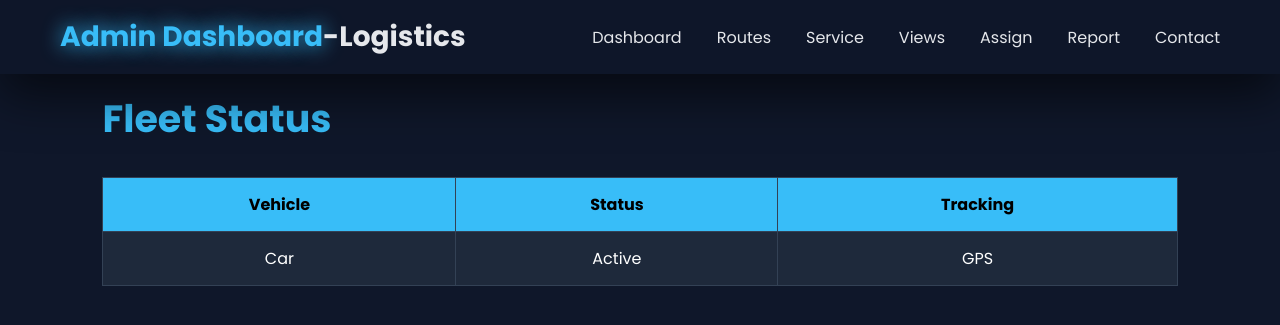
Repository: Pintu-6545/Java_Programming
Page: http://localhost/GreenFleetApplication/view-drivers.jsp
The author's editor kept a copy of each file at every save. The page is drawn from the files as they stood at one save, then again after the next save.
The browser window is 1280 px wide. The pictures show the whole page.
The page is served by Tomcat 10. Other server files are loaded and not shown.

Above is the page before, as saved 2025-12-24 18:40:59.

### Assessement/GreenFeetApp1/GreenFleetApplication/src/main/webapp/view-drivers.jsp
<%@ page language="java" contentType="text/html; charset=UTF-8"
    pageEncoding="UTF-8"%>
<%@include file="header.jsp" %>
<!DOCTYPE html>
<html>
<head>
<meta charset="UTF-8">
<title>Display Drivers Data</title>
</head>
<body>
<section class="section">
		<h2>Fleet Status</h2>
		<table>
			<tr>
				<th>Vehicle</th>
				<th>Status</th>
				<th>Tracking</th>
			</tr>
			<tr>
				<td>Car</td>
				<td>Active</td>
				<td>GPS</td>
			</tr>
		</table>
	</section>
</body>
</html>

### Assessement/GreenFeetApp1/GreenFleetApplication/src/main/webapp/header.jsp
<%@ page language="java" contentType="text/html; charset=UTF-8"
    pageEncoding="UTF-8"%>
<!DOCTYPE html>
<html>
<head>
<meta charset="UTF-8">
<title>Ultra AI Logistics</title>
<meta name="viewport" content="width=device-width, initial-scale=1.0">

<!-- FONT & ICONS -->
<link
	href="https://fonts.googleapis.com/css2?family=Poppins:wght@300;400;600;700&display=swap"
	rel="stylesheet">
<link rel="stylesheet"
	href="https://cdnjs.cloudflare.com/ajax/libs/font-awesome/6.5.1/css/all.min.css">

<link rel="stylesheet" href="css/index.css">
</head>
<body>
<!-- ================= NAVBAR ================= -->
	<nav class="navbar">
		<div class="logo">
			<span>Admin Dashboard</span>-Logistics
		</div>

		<div class="menu-toggle" id="menuToggle">
			<span></span><span></span><span></span>
		</div>

		<ul class="menu" id="menu">
			<li class="menu-item"><a href="admin-index.jsp">Dashboard</a></li>

			<li class="menu-item"><a href="#">Routes</a>
				<ul class="dropdown">
					<li><a href="#">Add Route</a></li>
					<li><a href="#">View Route </a></li>
				</ul></li>
			<li class="menu-item"><a href="#">Service</a>
				<ul class="dropdown">
					<li><a href="add-driver.jsp">Add Driver</a></li>
					<li><a href="#">Add Vehicle</a></li>
					<li><a href="#">Add Vehicle Feul</a></li>
					<li><a href="#">Add Maintanance</a></li>
				</ul></li>


			<li class="menu-item"><a href="#">Views</a>
				<ul class="dropdown">
					<li><a href="view-drivers.jsp">View Drivers</a></li>
					<li><a href="#">View Vehicles</a></li>
					<li><a href="#">View Feuls</a></li>
				</ul></li>
				<li class="menu-item"><a href="#">Assign</a>
				<ul class="dropdown">
					<li><a href="#"> Add Vehicle-Driver</a></li>
					<li><a href="#">View Vehicles-Driver</a></li>

				</ul></li>
			<li class="menu-item"><a href="#">Report</a>
				<ul class="dropdown">
					<li><a href="#">Incident Report</a></li>
					<li><a href="#">Other Report</a></li>
				</ul></li>
			<li class="menu-item"><a href="#">Contact</a>
				<ul class="dropdown">
					<li><a href="#">Support</a></li>
					<li><a href="#">Email</a></li>
				</ul></li>
		</ul>
	</nav>

</body>
</html>

### Assessement/GreenFeetApp1/GreenFleetApplication/src/main/webapp/css/index.css
/* ================= GLOBAL ================= */
*{
    margin:0;
    padding:0;
    box-sizing:border-box;
    font-family:Poppins,sans-serif;
}
body{
    background:#0f172a;
    color:#fff;
}

/* ================= ROOT ================= */
:root{
    --bg:#020617;
    --glass:rgba(15,23,42,.85);
    --primary:#38bdf8;
    --secondary:#22d3ee;
    --text:#e5e7eb;
}

/* ================= NAVBAR ================= */
.navbar{
    position:fixed;
    top:0;
    width:100%;
    padding:16px 60px;
    background:var(--glass);
    backdrop-filter:blur(18px);
    display:flex;
    justify-content:space-between;
    align-items:center;
    z-index:1000;
    box-shadow:0 20px 50px rgba(0,0,0,.6);
}

/* ================= LOGO ================= */
.logo{
    font-size:28px;
    font-weight:800;
    color:var(--text);
}
.logo span{
    color:var(--primary);
    text-shadow:0 0 20px var(--primary);
}

/* ================= MENU ================= */
.menu{
    display:flex;
    gap:35px;
    list-style:none;
}
.menu-item{
    position:relative;
}
.menu-item > a{
    color:var(--text);
    text-decoration:none;
    font-size:16px;
    padding:10px 0;
    position:relative;
}

/* underline animation */
.menu-item > a::after{
    content:"";
    position:absolute;
    bottom:-6px;
    left:0;
    width:0;
    height:3px;
    background:linear-gradient(90deg,var(--primary),var(--secondary));
    transition:.4s;
    border-radius:10px;
}
.menu-item > a:hover::after{
    width:100%;
}

/* ================= DROPDOWN ================= */
.dropdown{
    position:absolute;
    top:55px;
    left:0;
    background:linear-gradient(180deg,#020617,#020617);
    border-radius:18px;
    min-width:210px;
    padding:10px;
    opacity:0;
    visibility:hidden;
    transform:rotateX(-15deg) translateY(15px);
    transform-origin:top;
    transition:.45s cubic-bezier(.2,.8,.2,1);
    box-shadow:0 25px 80px rgba(56,189,248,.25);
}

.dropdown li{
    list-style:none;
}

.dropdown a{
    display:block;
    padding:14px 18px;
    border-radius:12px;
    color:#cbd5f5;
    text-decoration:none;
    transition:.3s;
}
.dropdown a:hover{
    background:linear-gradient(135deg,var(--primary),var(--secondary));
    color:#020617;
    transform:translateX(6px);
}

/* hover open */
.menu-item:hover .dropdown{
    opacity:1;
    visibility:visible;
    transform:rotateX(0) translateY(0);
}

/* ================= MOBILE ================= */
.menu-toggle{
    display:none;
    flex-direction:column;
    gap:6px;
    cursor:pointer;
}
.menu-toggle span{
    width:28px;
    height:3px;
    background:var(--primary);
    border-radius:10px;
}

/* ================= RESPONSIVE ================= */
@media(max-width:900px){
    .menu-toggle{display:flex;}
    .menu{
        position:absolute;
        top:75px;
        right:30px;
        background:#020617;
        flex-direction:column;
        width:260px;
        border-radius:20px;
        padding:20px;
        opacity:0;
        pointer-events:none;
        transform:scale(.9);
        transition:.4s;
    }
    .menu.active{
        opacity:1;
        pointer-events:auto;
        transform:scale(1);
    }
    .dropdown{
        position:static;
        transform:none;
        opacity:1;
        visibility:visible;
        box-shadow:none;
    }
}

/* ================= CAROUSEL ================= */
.carousel{
    height:100vh;
    margin-top:80px;
    position:relative;
    overflow:hidden;
}
.slide{
    position:absolute;
    inset:0;
    background-size:cover;
    background-position:center;
    opacity:0;
    transition:opacity 1.2s;
}
.slide.active{opacity:1;}
.overlay{
    position:absolute;
    inset:0;
    background:linear-gradient(to right,rgba(0,0,0,.75),rgba(0,0,0,.3));
}
.content{
    position:absolute;
    top:50%;
    left:8%;
    transform:translateY(-50%);
    max-width:600px;
}
.content h1{
    font-size:48px;
}
.content p{
    margin:15px 0 25px;
    color:#e2e8f0;
}
.btn{
    padding:14px 30px;
    border-radius:30px;
    border:none;
    background:linear-gradient(45deg,#38bdf8,#0ea5e9);
    cursor:pointer;
}

/* ================= SECTIONS ================= */
.section{
    padding:90px 8%;
}
.section h2{
    font-size:38px;
    color:#38bdf8;
}
.section p{
    max-width:850px;
    color:#cbd5f5;
}

/* ================= CARDS ================= */
.card-grid{
    display:grid;
    grid-template-columns:repeat(auto-fit,minmax(250px,1fr));
    gap:25px;
    margin-top:40px;
}
.card{
    background:#1e293b;
    border-radius:15px;
    overflow:hidden;
    transition:.4s;
}
.card:hover{
    transform:translateY(-8px);
}
.card img{
    width:100%;
    height:200px;
    object-fit:cover;
}
.card h3{
    padding:15px;
    color:#38bdf8;
}
.card p{
    padding:0 15px 20px;
    font-size:14px;
}

/* ================= TABLE ================= */
table{
    width:100%;
    border-collapse:collapse;
    margin-top:30px;
}
th,td{
    padding:14px;
    border:1px solid #334155;
    text-align:center;
}
th{
    background:#38bdf8;
    color:#000;
}
tr:nth-child(even){
    background:#1e293b;
}

/* ================= FORM SECTION ================= */
.form-section{
    padding:100px 6%;
    background:linear-gradient(135deg,#020617,#0f172a);
}

.form-wrapper{
    max-width:1100px;
    margin:auto;
    background:rgba(15,23,42,.92);
    backdrop-filter:blur(18px);
    border-radius:28px;
    padding:55px;
    display:grid;
    grid-template-columns:1.2fr 1fr;
    gap:50px;
    box-shadow:0 30px 80px rgba(56,189,248,.15);
}

/* ================= LEFT INFO ================= */
.form-info h2{
    font-size:44px;
    margin-bottom:25px;
    color:#38bdf8;
}

.info-box{
    display:flex;
    align-items:center;
    gap:18px;
    margin:22px 0;
    font-size:18px;
    color:#e5e7eb;
}

.info-box i{
    width:48px;
    height:48px;
    display:grid;
    place-items:center;
    font-size:20px;
    background:linear-gradient(135deg,#38bdf8,#0ea5e9);
    color:#020617;
    border-radius:50%;
}

/* ================= FORM ================= */
.form-box{
    display:flex;
    flex-direction:column;
    gap:20px;
}

.input-group{
    position:relative;
}

.input-group i{
    position:absolute;
    top:50%;
    left:18px;
    transform:translateY(-50%);
    font-size:16px;
    color:#38bdf8;
    pointer-events:none;
}

.input-group input,
.input-group select,
.input-group textarea{
    width:100%;
    padding:16px 18px 16px 50px;
    border-radius:30px;
    border:2px solid transparent;
    outline:none;
    background:#020617;
    color:#fff;
    font-size:15px;
    transition:.35s;
}

/* Focus & Hover Handling */
.input-group input:focus,
.input-group textarea:focus,
.input-group select:focus{
    border-color:#38bdf8;
    box-shadow:0 0 0 4px rgba(56,189,248,.15);
}

/* Placeholder */
::placeholder{
    color:#9ca3af;
}

/* Textarea */
textarea{
    height:120px;
    resize:none;
}

/* ================= BUTTON ================= */
.form-box button{
    margin-top:10px;
    padding:16px;
    border-radius:30px;
    border:none;
    font-size:16px;
    font-weight:600;
    color:#020617;
    background:linear-gradient(135deg,#38bdf8,#0ea5e9);
    cursor:pointer;
    transition:.35s;
}

.form-box button:hover{
    transform:translateY(-2px);
    box-shadow:0 15px 40px rgba(56,189,248,.4);
}

/* ================= RESPONSIVE ================= */
@media(max-width:900px){
    .form-wrapper{
        grid-template-columns:1fr;
        padding:40px;
    }
    .form-info h2{
        font-size:36px;
    }
}

@media(max-width:480px){
    .form-wrapper{
        padding:30px 22px;
    }
    .input-group input,
    .input-group select,
    .input-group textarea{
        font-size:14px;
    }
}

After the next save:
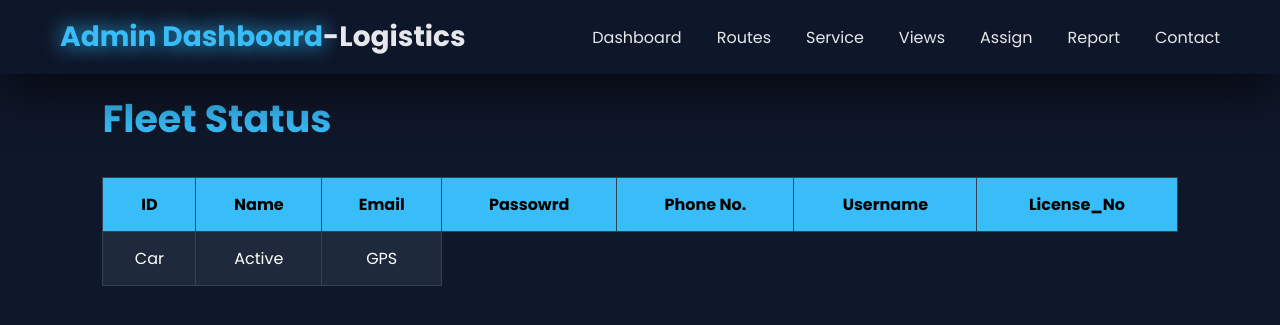
Saved 3 min 10 s later.
--- a/Assessement/GreenFeetApp1/GreenFleetApplication/src/main/webapp/view-drivers.jsp
+++ b/Assessement/GreenFeetApp1/GreenFleetApplication/src/main/webapp/view-drivers.jsp
@@ -12,9 +12,13 @@
 		<h2>Fleet Status</h2>
 		<table>
 			<tr>
-				<th>Vehicle</th>
-				<th>Status</th>
-				<th>Tracking</th>
+				<th>ID</th>
+				<th>Name</th>
+				<th>Email</th>
+				<th>Passowrd</th>
+				<th>Phone No.</th>
+				<th>Username</th>
+				<th>License_No</th>
 			</tr>
 			<tr>
 				<td>Car</td>
